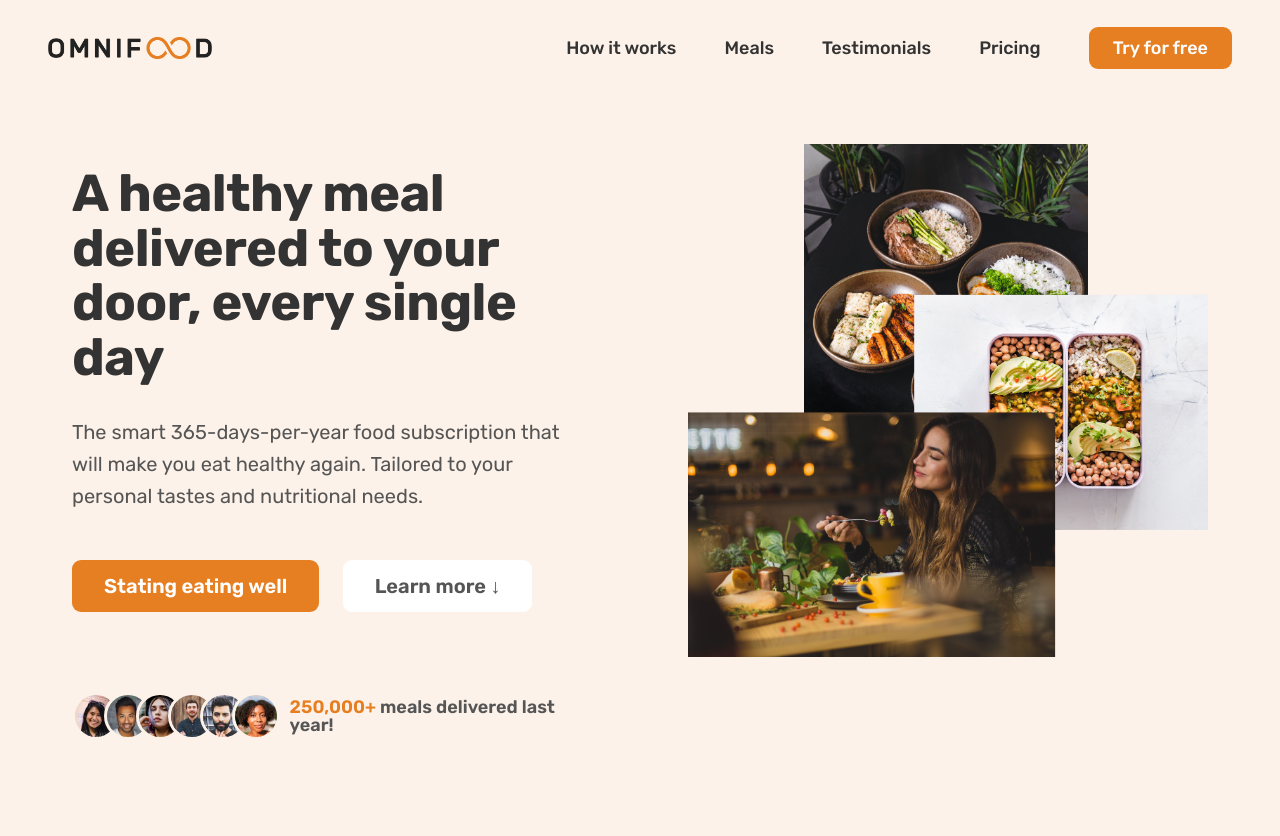
Repository: longvuht/omnifood-vu-nl
Page: index.html
The author's editor kept a copy of each file at every save. The page is drawn from the files as they stood at one save, then again after the next save.
The browser window is 1280 px wide. The pictures show the whole page.
The style sheet was rebuilt from its Sass, Less or Tailwind sources for each picture, by a compiler version that may differ from the author's.

Above is the page before, as saved 2022-09-18 23:42:35.

### index.html
<!DOCTYPE html>
<html lang="en">
  <head>
    <meta charset="UTF-8" />
    <meta name="viewport" content="width=device-width, initial-scale=1.0" />
    <link rel="preconnect" href="https://fonts.googleapis.com" />
    <link rel="preconnect" href="https://fonts.gstatic.com" crossorigin />
    <link
      href="https://fonts.googleapis.com/css2?family=Rubik:wght@400;500;600;700&display=swap"
      rel="stylesheet"
    />
    <link rel="stylesheet" href="./css/style.css" />
    <title>Omnifood vu-nl</title>
  </head>
  <body>
    <div class="wrapper">
      <header class="header">
        <div class="header__container">
          <div class="header__logo">
            <a href="#none" class="header__link"
              ><img
                src="./image/omnifood-logo.png"
                alt="logo omnifood-logo"
                class="header__image"
            /></a>
          </div>
          <div class="header__menu">
            <ul class="header__list">
              <li class="header__item">
                <a href="#none" class="header__link">How it works</a>
              </li>
              <li class="header__item">
                <a href="#none" class="header__link">Meals</a>
              </li>
              <li class="header__item">
                <a href="#none" class="header__link">Testimonials</a>
              </li>
              <li class="header__item">
                <a href="#none" class="header__link">Pricing</a>
              </li>
              <li class="header__item">
                <a href="#none" class="header__link">Try for free</a>
              </li>
            </ul>
          </div>
        </div>
      </header>
      <section class="hero">
        <div class="hero__container">
          <div class="hero__info">
            <h1 class="hero__heading">
              A healthy meal delivered to your door, every single day
            </h1>
            <p class="text-lg hero__desc">
              The smart 365-days-per-year food subscription that will make you
              eat healthy again. Tailored to your personal tastes and
              nutritional needs.
            </p>
            <a href="#none" class="button button--primary"
              >Stating eating well</a
            >
            <a href="#none" class="button button--secondary"
              >Learn more &ShortDownArrow;</a
            >
            <div class="hero__meals">
              <div class="hero__meals-customer">
                <img
                  src="./image/customers/customer-1.jpg"
                  alt="customer image"
                  class="hero__meals-image"
                />
                <img
                  src="./image/customers/customer-2.jpg"
                  alt="customer image"
                  class="hero__meals-image"
                />
                <img
                  src="./image/customers/customer-3.jpg"
                  alt="customer image"
                  class="hero__meals-image"
                />
                <img
                  src="./image/customers/customer-4.jpg"
                  alt="customer image"
                  class="hero__meals-image"
                />
                <img
                  src="./image/customers/customer-5.jpg"
                  alt="customer image"
                  class="hero__meals-image"
                />
                <img
                  src="./image/customers/customer-6.jpg"
                  alt="customer image"
                  class="hero__meals-image"
                />
              </div>
              <p class="hero__meals-delivered">
                <span>250,000+</span> meals delivered last year!
              </p>
            </div>
          </div>
          <div class="hero__image">
            <img
              src="./image/hero.png"
              alt="woman enjoying food, meals in strorage container, and food bowls on a table"
            />
          </div>
        </div>
      </section>
      <section class="featured">
        <div class="container">
          <div class="featured__container">
            <h2 class="featured__heading"></h2>
          </div>
        </div>
      </section>
    </div>
  </body>
</html>

### sass/app.scss
@import "reset";
@import "variables";
@import "typography";
@import "global";
@import "header";
@import "hero";

### sass/_reset.scss
html {
  box-sizing: border-box;
}
* {
  margin: 0;
  padding: 0;
}
*,
*:before,
*:after {
  box-sizing: border-box;
}
input,
textarea,
select,
button {
  outline: none;
}
input {
  line-height: normal;
}
label,
button {
  cursor: pointer;
}
a {
  text-decoration: none;
}
img {
  display: block;
  max-width: 100%;
}
html {
  font-size: 62.5%;
}

### sass/_variables.scss
$primary-color: #fdf2e9;
$secondary-color: #e67e22;
$heading-color: #333;
$logo-color: #808080;
$text-color: #555;
$font: "Rubik", sans-serif;

### sass/_typography.scss
h1 {
  font-size: 5.2rem;
  font-weight: 700;
  letter-spacing: -0.5px;
  line-height: calc(54.6 / 52);
  color: $heading-color;
  margin-bottom: 3.2rem;
}
h2 {
  font-size: 4.4rem;
  font-weight: 700;
  letter-spacing: -0.5px;
  line-height: calc(52.8 / 44);
  color: $heading-color;
}
h3 {
  font-size: 3rem;
  font-weight: 700;
  letter-spacing: -0.5px;
  line-height: calc(36 / 30);
  counter-reset: $heading-color;
}
.text-lg {
  font-size: 2rem;
  line-height: calc(32 / 20);
}

### sass/_global.scss
body {
  font-family: $font;
  font-size: 1.8rem;
  line-height: 1;
  font-weight: 400;
  color: #555;
}
.container {
  max-width: 120rem;
  margin: 0 auto;
}
.button {
  display: inline-block;
  padding: 1.6rem 3.2rem;
  font-weight: 600;
  font-size: 2rem;
  border-radius: 0.9rem;
  border: none;
  cursor: pointer;
  text-decoration: none;
}
.button--primary {
  background-color: $secondary-color;
  color: #fff;
  margin-right: 1.9rem;
}
.button--secondary {
  background-color: #fff;
  color: #555;
}

### sass/_header.scss
.header {
  &__container {
    padding: 2.7rem 4.8rem;
    display: flex;
    justify-content: space-between;
    align-items: center;
    background-color: $primary-color;
  }
  &__image {
    height: 2.2rem;
  }
  &__list {
    display: flex;
    justify-content: space-between;
    align-items: center;
    gap: 0 4.8rem;
    list-style-type: none;
  }
  &__item {
    &:last-child {
      padding: 1.2rem 2.4rem;
      color: #fff;
      background-color: $secondary-color;
      border-radius: 0.9rem;
      & .header__link {
        color: #fff;
      }
    }
  }
  &__link {
    color: $heading-color;
    font-weight: 500;
  }
}

### sass/_hero.scss
.hero {
  padding: 4.8rem 0 9.6rem;
  background-color: $primary-color;
  &__container {
    max-width: 120rem;
    margin: 0 auto;
    padding: 0 3.2rem;
    display: grid;
    grid-template-columns: 1fr 1fr;
    gap: 0 9.6rem;
  }
  &__heading {
    margin-top: 2.2rem;
  }
  &__desc {
    margin-bottom: 4.8rem;
  }
  &__meals {
    margin-top: 8rem;
    display: flex;
    align-items: center;
    gap: 3.2rem;
    &-customer {
      display: flex;
      img {
        width: 4.8rem;
        height: 4.8rem;
        border-radius: 100rem;
        border: 3px solid $primary-color;
        margin-right: -1.6rem;
      }
    }
    &-delivered {
      font-weight: 600;
      span {
        color: $secondary-color;
      }
    }
  }
}

After the next save:
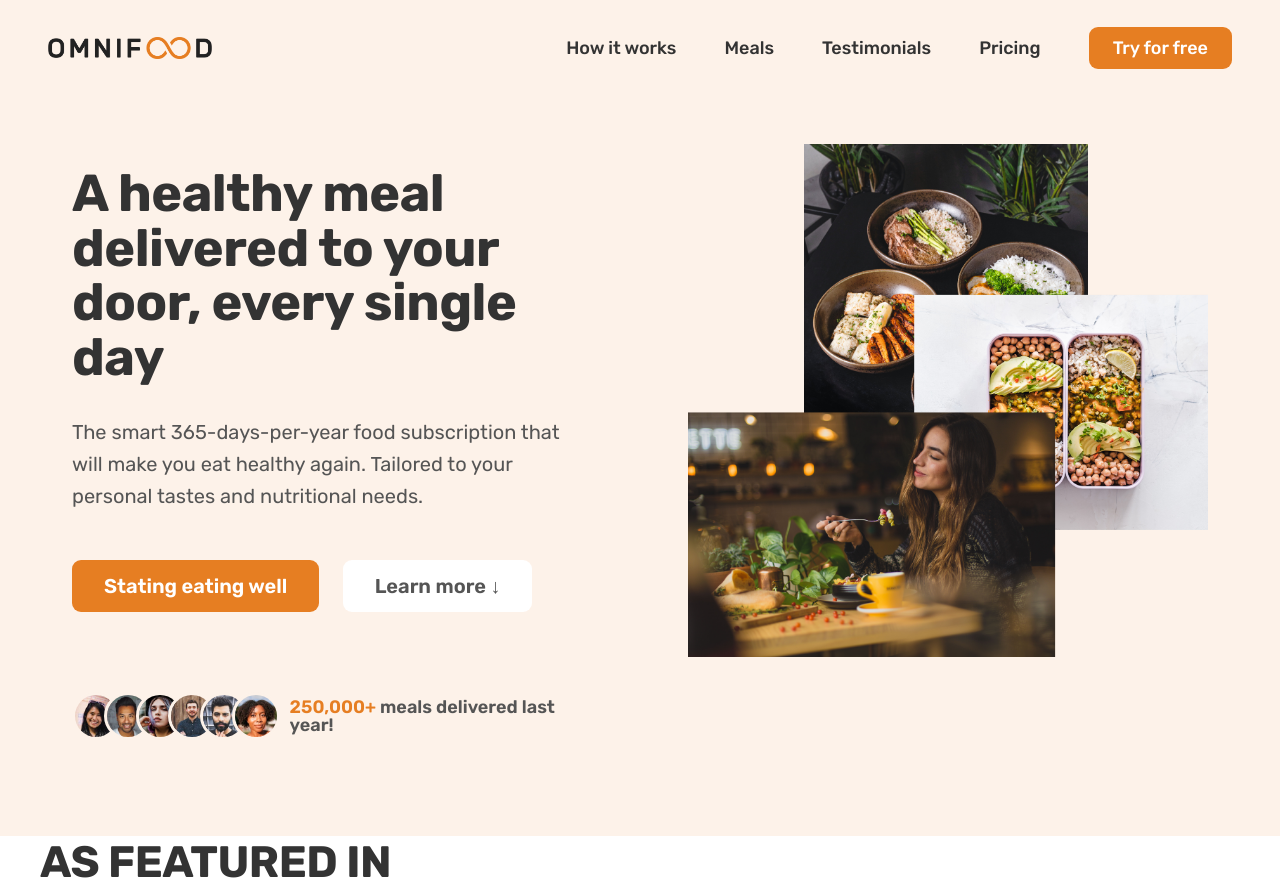
Saved 6 s later.
--- a/index.html
+++ b/index.html
@@ -111,7 +111,7 @@
       <section class="featured">
         <div class="container">
           <div class="featured__container">
-            <h2 class="featured__heading"></h2>
+            <h2 class="featured__heading">AS FEATURED IN</h2>
           </div>
         </div>
       </section>
